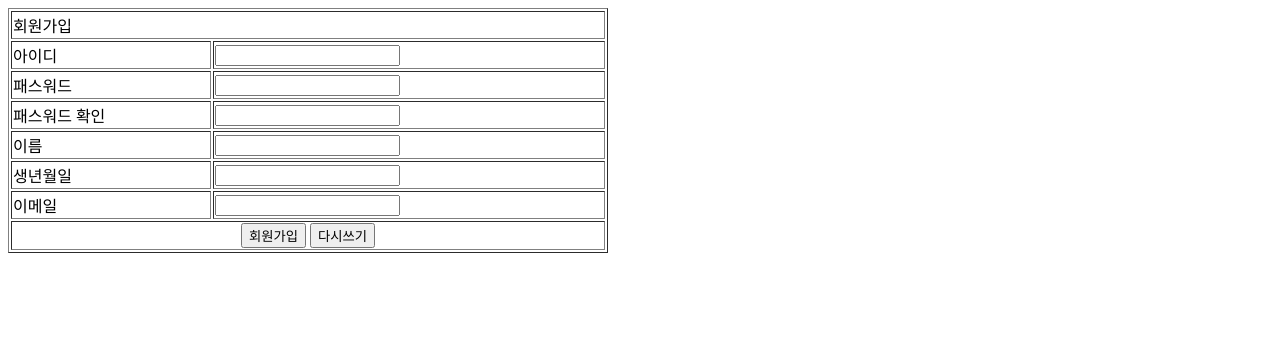
Repository: Chaelin02/2-_JSP
Page: http://localhost/BasicJSP/b06/bean/member.jsp
These files come from the project's save history. The page is drawn as it stood at one moment and after the next save; the edit follows.
The browser window is 1280 px wide. The pictures show the whole page.
The page is served by Tomcat 9. Other server files are loaded and not shown.

Above is the page before, as saved 2019-06-24 01:57:44.

### BasicJSP/WebContent/b06/bean/member.jsp
<%@ page language="java" contentType="text/html; charset=UTF-8"
    pageEncoding="UTF-8"%>
<!DOCTYPE html>
<html>
<head>
<meta charset="UTF-8">
<title>Insert title here</title>
</head>
<body>
<form method="post" action=memberPro.jsp>
<table border='1' width=600>

	<td colspan=2>

		회원가입

	</td>
	<tr>
		<td>아이디</td>
		<td><input type="text"  name="id" width="20%"></td>

	</tr>
	<tr>
		<td>패스워드 </td>
		<td><input type="password" name="password"></td>

	</tr>
	<tr>
		<td>패스워드 확인</td>
		<td><input type="password" width=10 name="password_OK"></td>

	</tr>
	<tr>
		<td>이름</td>
		<td> <input type="text" name="name"></td>

	</tr>
	<tr>
		<td>생년월일</td>
		<td><input type="text" name="birthday"></td>

	</tr>
	<tr>
		<td>이메일 </td>
		<td><input type="text" name="email"></td>

	</tr>
<tr width=300>
	<td colspan=3>
	<center>
		<input type = "submit" value="회원가입">
		<input type = "reset" value="다시쓰기">
	</center>
	</td>

</table>

</form>
</body>
</html>

After the next save:
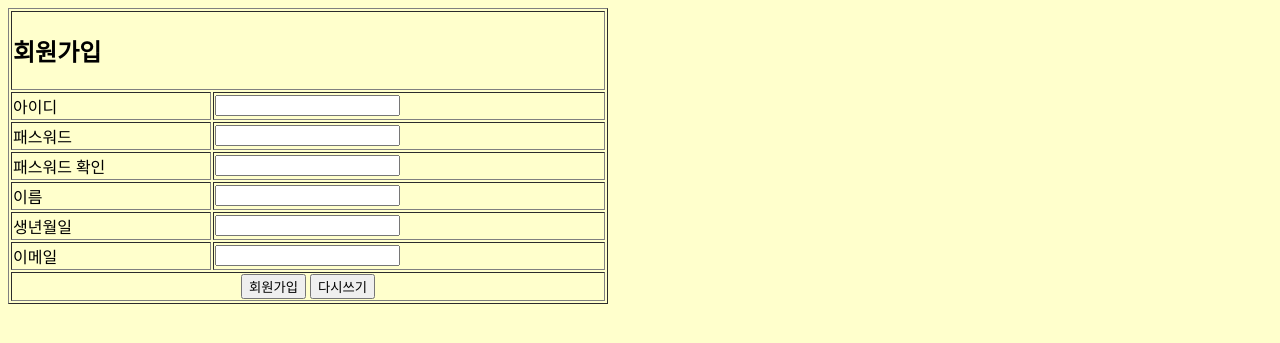
Saved 58 s later.
--- a/BasicJSP/WebContent/b06/bean/member.jsp
+++ b/BasicJSP/WebContent/b06/bean/member.jsp
@@ -6,14 +6,11 @@
 <meta charset="UTF-8">
 <title>Insert title here</title>
 </head>
-<body>
+<body bgcolor="#ffffcc">
 <form method="post" action=memberPro.jsp>
 <table border='1' width=600>
-
 	<td colspan=2>
-
-		회원가입
-
+		<h2>회원가입</h2>
 	</td>
 	<tr>
 		<td>아이디</td>
